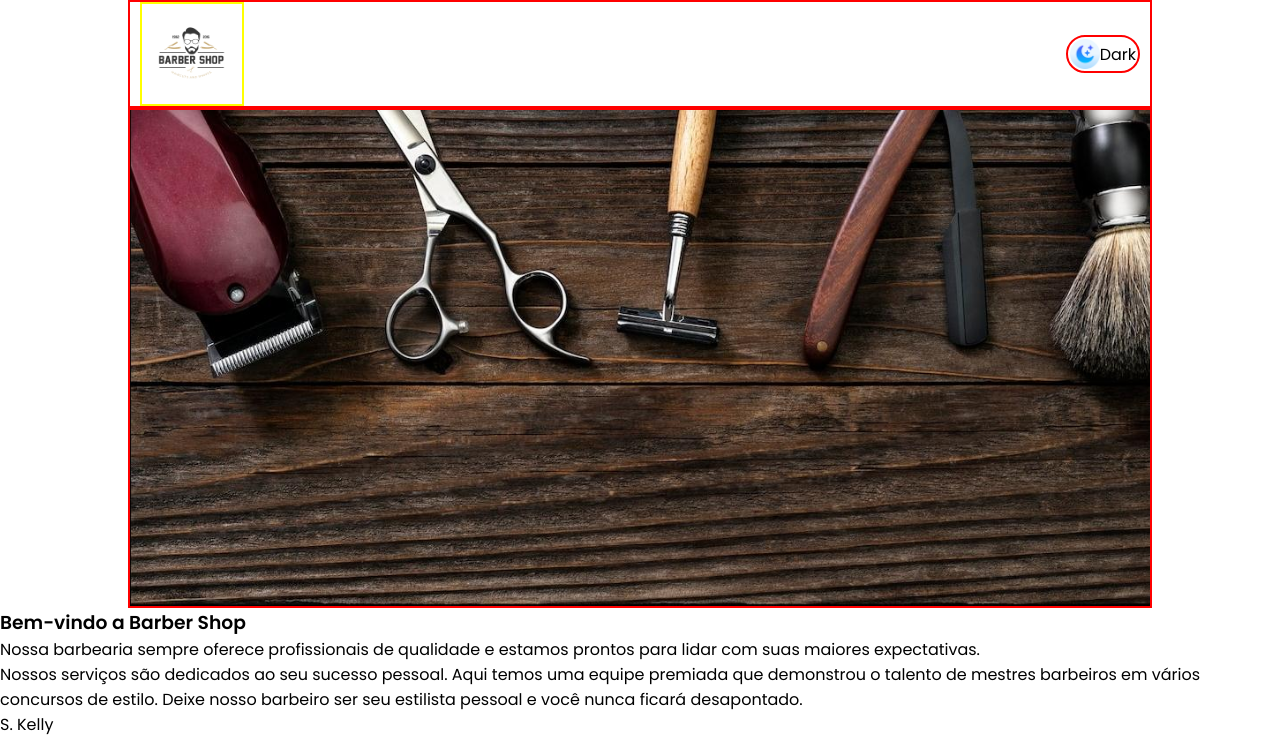
Repository: Daniells642/LandingPage-React
Page: /
The author's editor kept a copy of each file at every save. The page is drawn from the files as they stood at one save, then again after the next save.
The browser window is 1280 px wide. The pictures show the whole page.
The project was rebuilt for these pictures with package versions that can differ from the ones it lists, and the page was loaded fresh each time.

Above is the page before, as saved 2022-11-04 21:27:38.

After the next save:
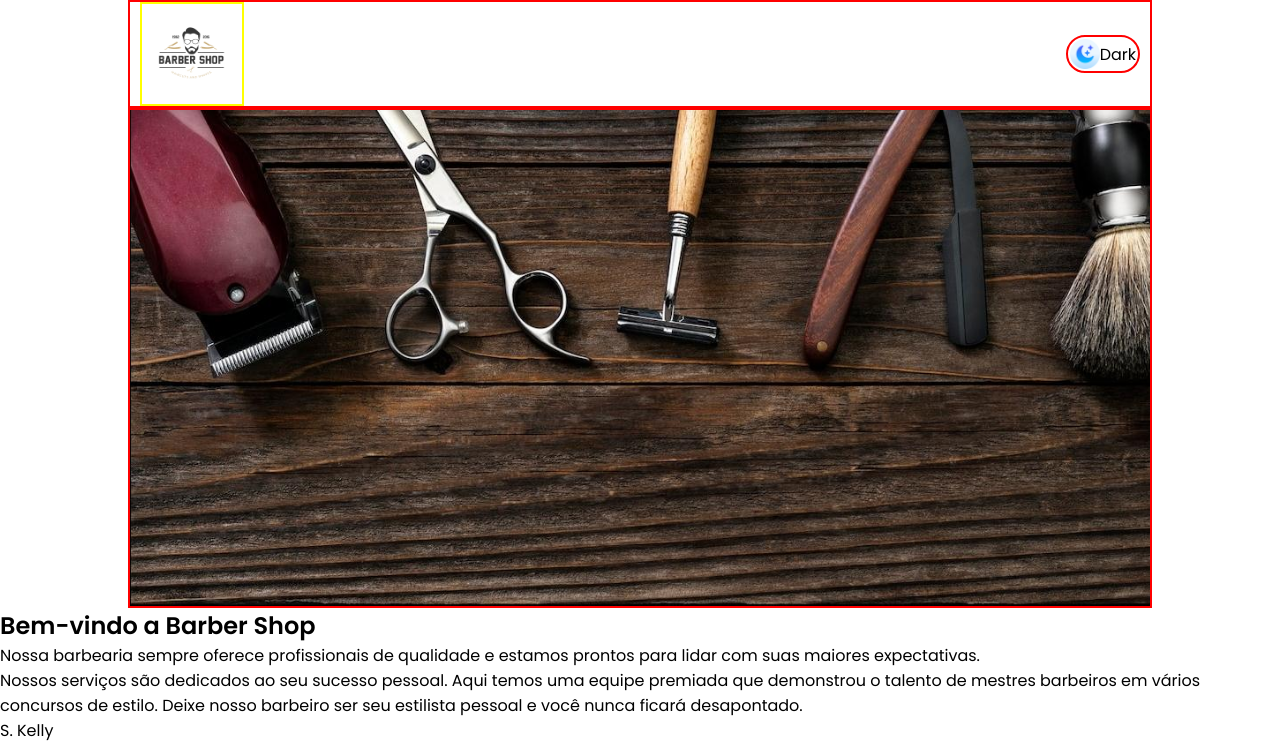
Saved 76 s later.
--- a/src/LandingPage/index.js
+++ b/src/LandingPage/index.js
@@ -2,7 +2,7 @@
 
 export default function Barbearia() {
   return (
-    <section>
+    <body>
         <header id="topo" className='limitar-secao modo-claro'>
           <div className='logo'>
             <img src="../../assets/barbearia-logo.png" alt="logo-barbearia" title="logo da barbearia"/>
@@ -21,6 +21,6 @@
             <p>Nossos serviços são dedicados ao seu sucesso pessoal. Aqui temos uma equipe premiada que demonstrou o talento de mestres barbeiros em vários concursos de estilo. Deixe nosso barbeiro ser seu estilista pessoal e você nunca ficará desapontado.</p>
             <p>S. Kelly</p>
         </section>
-    </section>
+    </body>
   )
 }
